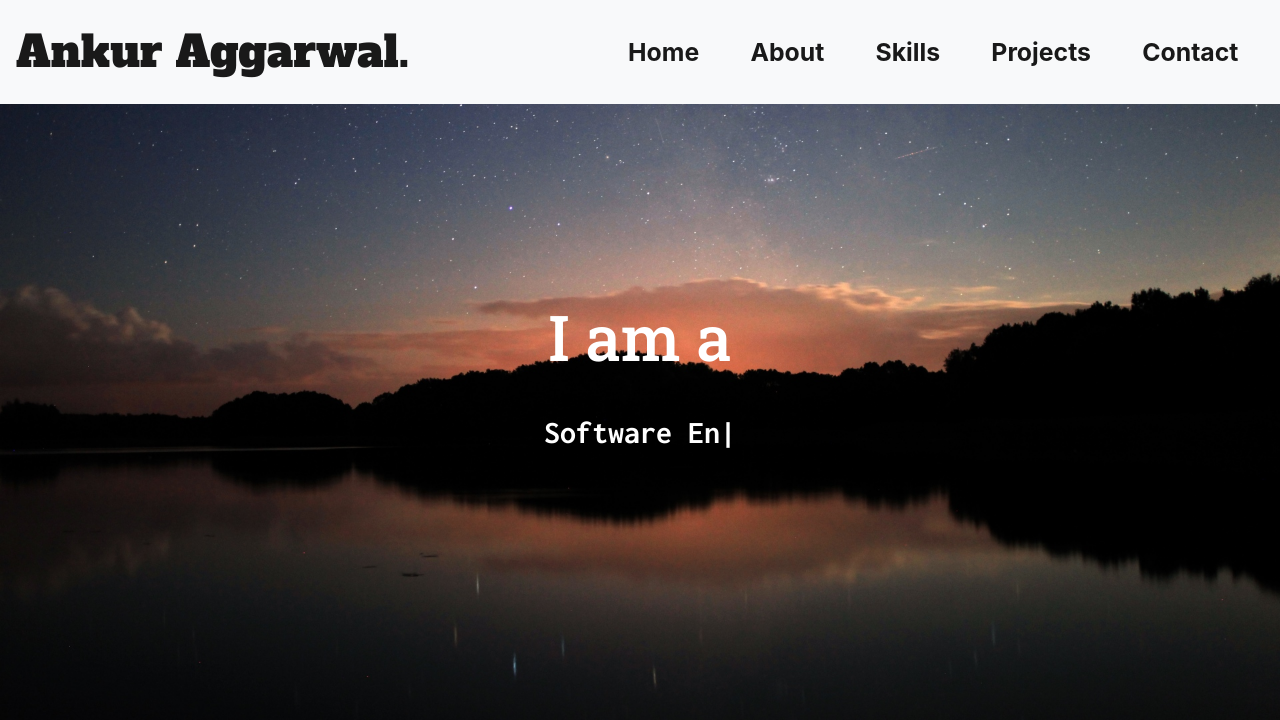
Repository: AnkurDevv/PersonalWebsite
Page: index.html
The author's editor kept a copy of each file at every save. The page is drawn from the files as they stood at one save, then again after the next save.
The browser window is 1280 px wide. The pictures show the whole page.
Some web fonts or font styles are not loaded; a fallback is used.

Above is the page before, as saved 2020-09-13 14:07:42.

After the next save:
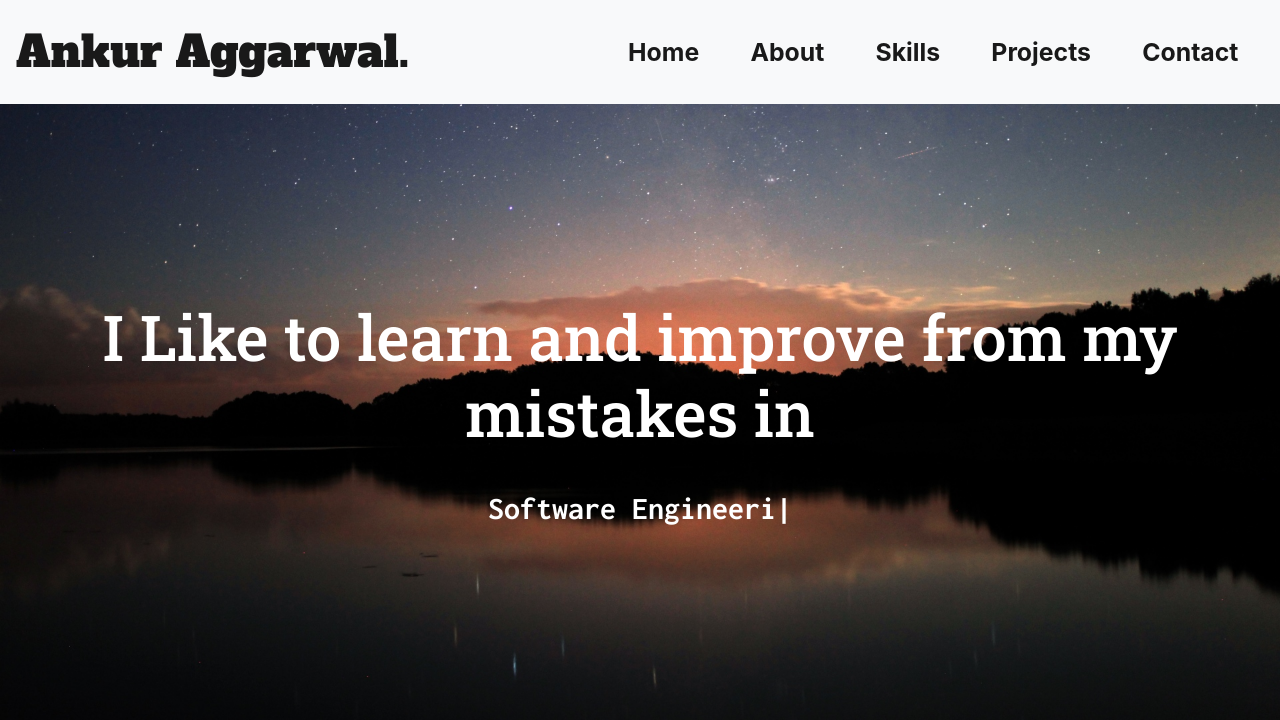
Saved 5 min 20 s later.
--- a/index.html
+++ b/index.html
@@ -64,7 +64,8 @@
     <!-- FIRST IMPRESSION SECTION - START -->
     <section class="first-impression-section">
       <div class="row first-impression-row">
-        <h1 class="text-center animated fadeInDown" id="MainNameHeading">I am a</h1>
+        <h1 class="text-center animated fadeInDown" id="MainNameHeading">I Like to learn and improve from my mistakes in
+        </h1>
       </div>
       <div class="row">
         <h3 id="MainSubHeading">
@@ -79,7 +80,7 @@
   <script>
     // JS FOR COOL TYPING EFFECT USING TYPE.JS -  START
     var options = {
-      strings: ['Software Engineer.', 'Web Developer.', 'Team Player.'],
+      strings: ['Software Engineering.', 'Web Development.', 'Management & Planning.'],
       typeSpeed: 100,
       loop: true,
       backDelay: 800,
